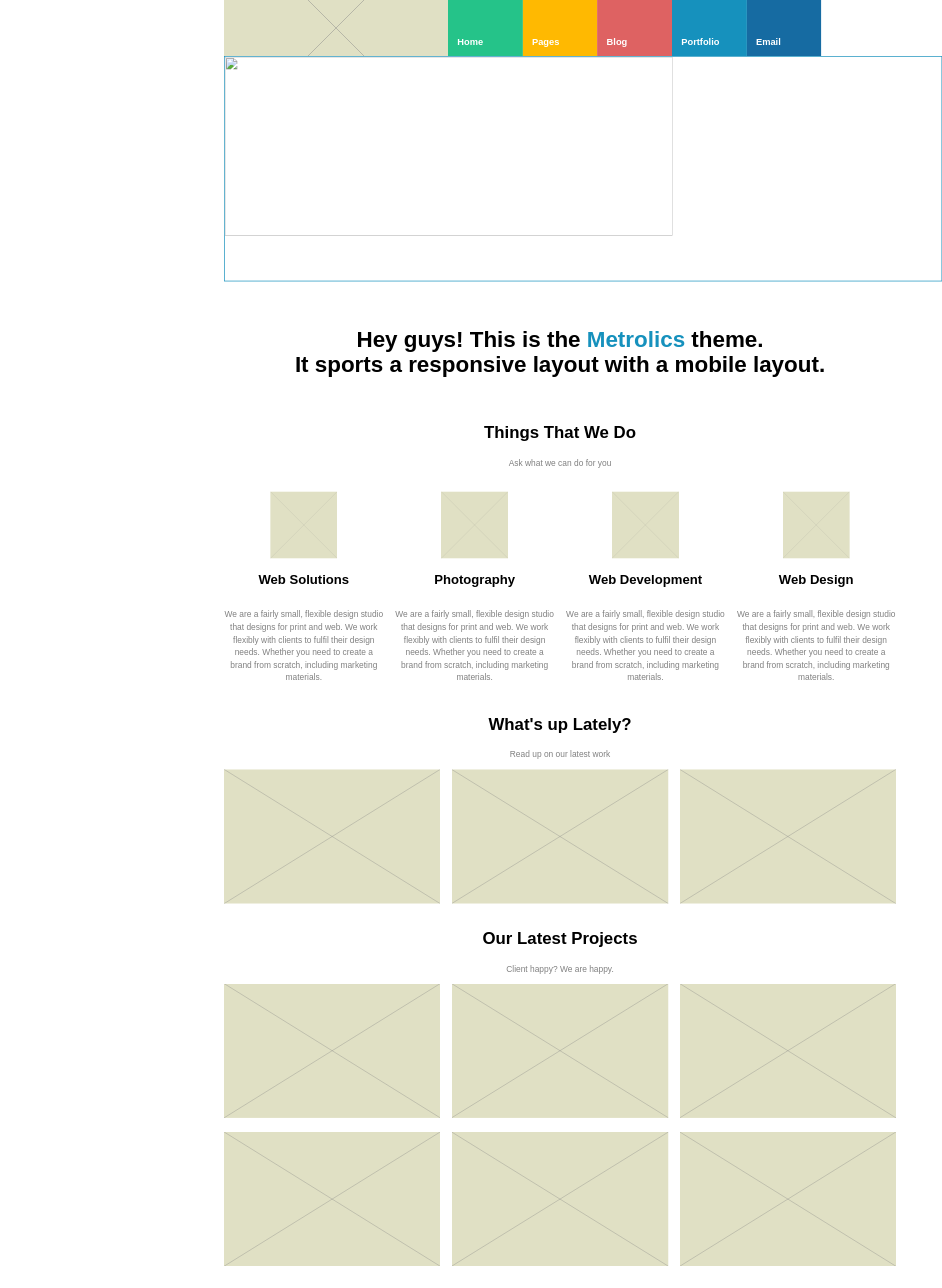
Repository: pjiang604/mdia2003-lab03b
Page: index.html
These files come from the project's save history. The page is drawn as it stood at one moment and after the next save; the edit follows.
The browser window is 1280 px wide. The page is 1346 px wide, then 1280 px, so the pictures cover 1346 px, including what lies to the right of the window. The pictures show the part of the page from y = 0 to 1840 px (the page is 2722 px tall), at 70% of full size.

Above is the page before, as saved 2023-01-31 20:59:50.

After the next save:
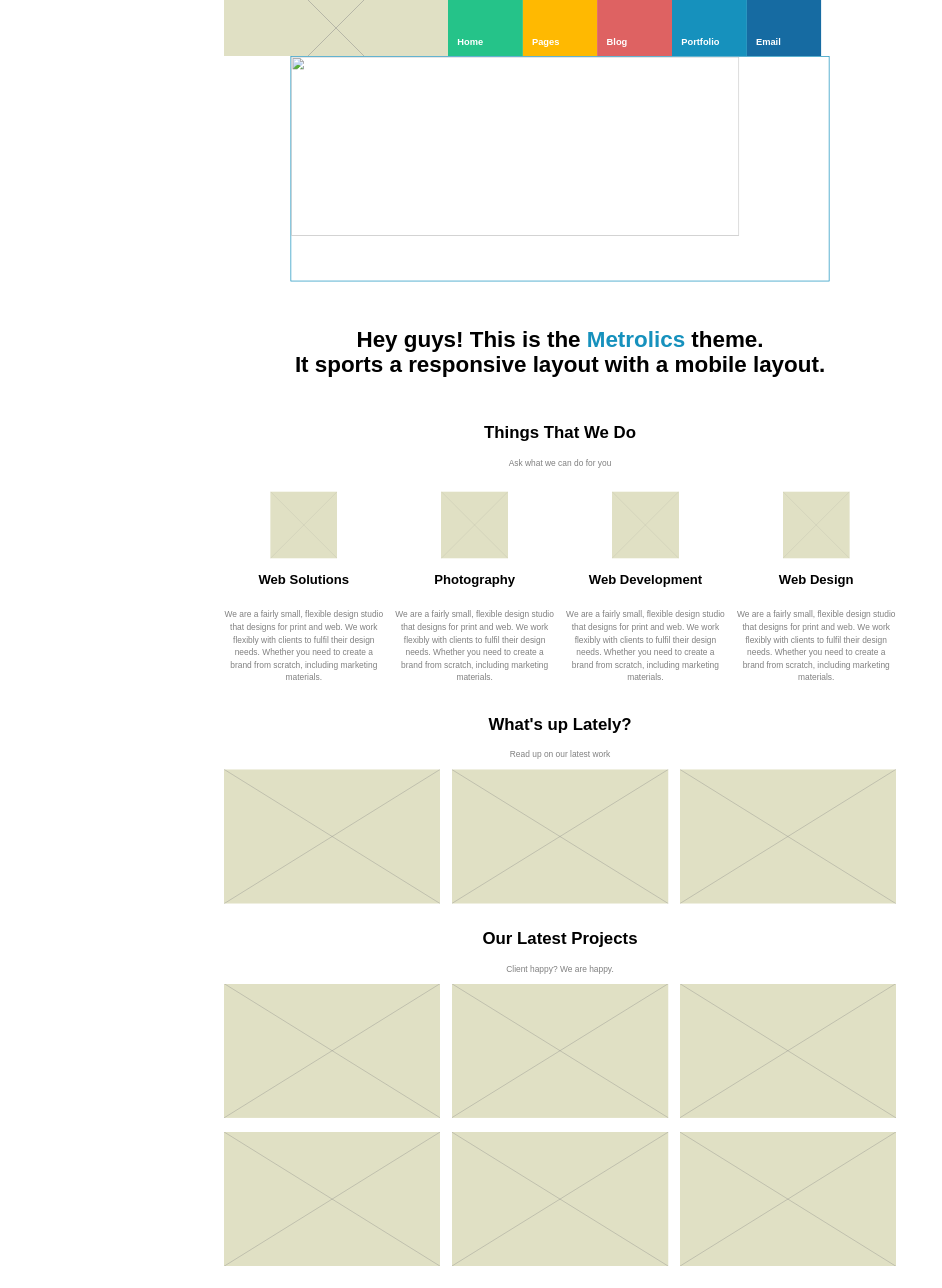
Saved 9 s later.
--- a/style.css
+++ b/style.css
@@ -121,7 +121,7 @@ nav h5 {
 
 .carousel {
     height: 20em;
-    width:80vw;
+    width:60vw;
     border: 1px solid var(--lightBlue);
     position:relative;
     margin:auto;
